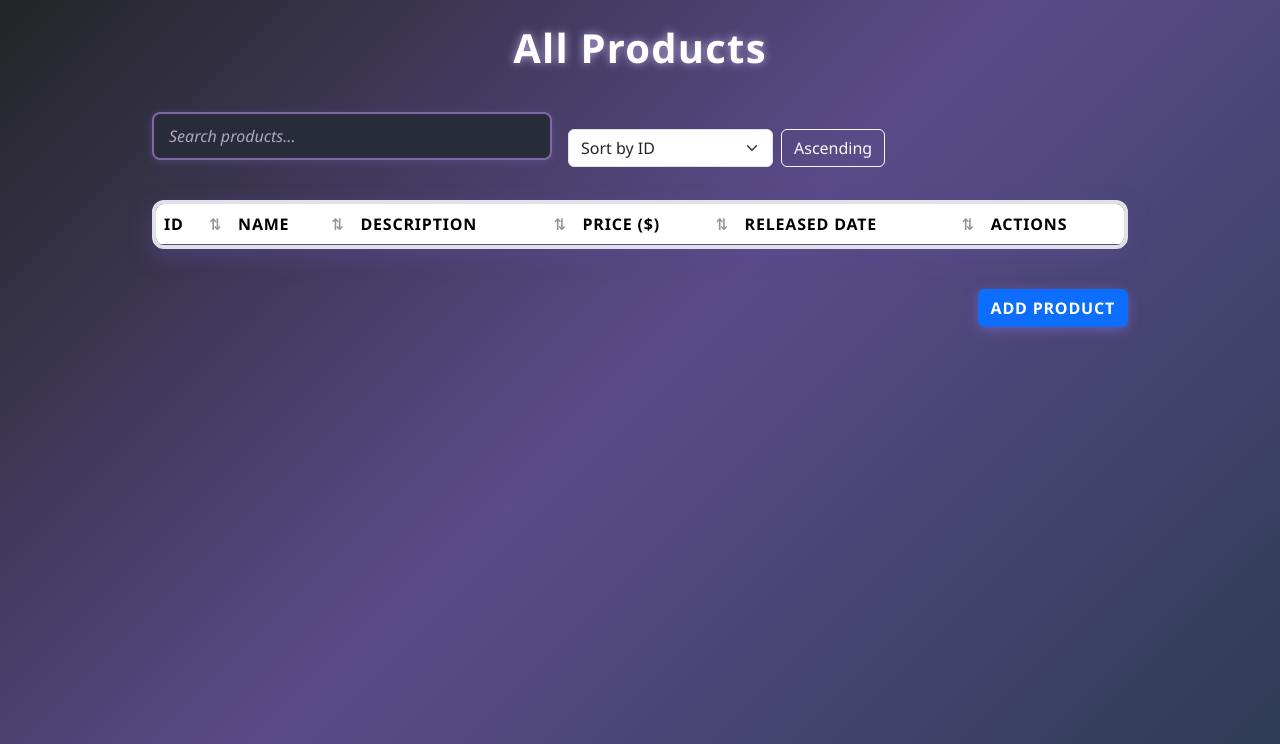
Repository: shyamoracle/training_case_study
Page: pmsagain/pmsitis/src/main/resources/webapp/index.html
These files come from the project's save history. The page is drawn as it stood at one moment and after the next save; the edit follows.
The browser window is 1280 px wide. The pictures show the whole page.
The page's requests for data from a server got no answer.

Above is the page before, as saved 2025-09-19 04:48:04.
Console error: SyntaxError: Identifier 'currentSort' has already been declared

### pmsagain/pmsitis/src/main/resources/webapp/index.html
<!DOCTYPE html>
<html lang="en">
<head>
  <meta charset="UTF-8" />
  <title>Product List</title>
  <link href="https://cdn.jsdelivr.net/npm/bootstrap@5.3.2/dist/css/bootstrap.min.css" rel="stylesheet" />
  <style>
    /* Body & typography */
    body {
      background: linear-gradient(135deg, #232526, #5b4b8a, #2e3c54);
      color: #e0e0e0;
      font-family: 'Segoe UI', Tahoma, Geneva, Verdana, sans-serif;
      min-height: 100vh;
      padding-bottom: 2rem;
    }

    /* Header */
    h1 {
      text-align: center;
      margin-bottom: 2.5rem;
      color: rgb(255, 255, 255)!important;
      font-weight: 700;
      letter-spacing: 1.2px;
      text-shadow: 0 0 10px rgba(216, 202, 255, 0.7);
    }

    /* Container tweaks */
    .container {
      max-width: 1000px;
    }
    #searchInput {
  width: 100%;
  max-width: 400px;
  padding: 10px 15px;
  margin-bottom: 1.5rem;
  border: 2px solid #7e68a6;  /* lavender border */
  border-radius: 8px;
  background-color: #282c3a;  /* matching table background */
  color: #e0e0e0;
  font-size: 1rem;
  box-shadow: 0 2px 8px rgba(125, 105, 200, 0.3);
  transition: border-color 0.3s ease, box-shadow 0.3s ease;
}

#searchInput::placeholder {
  color: #b0a6c0;
  font-style: italic;
}

#searchInput:focus {
  outline: none;
  border-color: #a593d1;  /* lighter lavender on focus */
  box-shadow: 0 0 8px 2px rgba(165, 147, 209, 0.7);
  background-color: #2e3150;
}


    /* Table styling */
    table {
      border-collapse: separate !important;
      border-spacing: 0;
      border-radius: 12px;
      overflow: hidden;
      border: 4px solid white;  /* thick white border */
      background-color: #282c3a;
      box-shadow: 0 8px 20px rgba(89, 74, 146, 0.5);
      transition: box-shadow 0.3s ease;
      width: 100%;
    }

    table:hover {
      box-shadow: 0 12px 30px rgba(89, 74, 146, 0.8);
    }

    thead th {
      background-color: #7e68a6;
      color: #fff;
      font-weight: 600;
      border-bottom: 3px solid #5a4d7a;
      padding: 14px 50px;
      letter-spacing: 0.05em;
      text-transform: uppercase;
      user-select: none;
    }

    tbody tr:hover {
      background-color: #3b3f58;
      cursor: pointer;
      transition: background-color 0.3s ease;
    }

    tbody td {
      border-top: 1px solid #5a4d7a;
      padding: 14px 50px;
      color: #cfcfe3;
      vertical-align: middle;
    }

    tbody tr:last-child td:first-child {
      border-bottom-left-radius: 12px;
    }

    tbody tr:last-child td:last-child {
      border-bottom-right-radius: 12px;
    }

    /* Action buttons in table */
    .btn-sm {
      padding: 0.25rem 0.5rem;
      font-size: 0.875rem;
    }

    /* Add Product button */
    .btn-add {
      margin-top: 1.5rem;
      margin-bottom: 1rem;
      float: right;
      box-shadow: 0 3px 12px rgba(125, 105, 200, 0.6);
      font-weight: 600;
      letter-spacing: 0.05em;
      text-transform: uppercase;
      transition: background-color 0.3s ease, box-shadow 0.3s ease;
    }

    .btn-add:hover {
      background-color: #6a54a2;
      box-shadow: 0 5px 15px rgba(125, 105, 200, 0.9);
    }
    th.sortable::after {
  content: ' ⇅';
  opacity: 0.4;
  float: right;
}

th.sortable.sorted-asc::after {
  content: ' ↑';
  opacity: 0.9;
}

th.sortable.sorted-desc::after {
  content: ' ↓';
  opacity: 0.9;
}


    /* Responsive adjustments */
    @media (max-width: 768px) {
      thead th, tbody td {
        padding: 10px 12px;
      }
      .btn-add {
        float: none;
        display: block;
        width: 100%;
        text-align: center;
      }
    }
  </style>
</head>
<body>
  <div class="container mt-4">
    <h1>All Products</h1>

   <div class="d-flex flex-wrap align-items-center gap-3 mb-3">
  <input
    type="text"
    id="searchInput"
    placeholder="Search products..."
    aria-label="Search products"
    class="flex-grow-1"
  />

  <div class="d-flex gap-2">
    <select id="sortSelect" class="form-select">
      <option value="productId">Sort by ID</option>
      <option value="productName">Sort by Name</option>
      <option value="productDescription">Sort by Description</option>
      <option value="productPrice">Sort by Price</option>
      <option value="productReleasedOn">Sort by Release Date</option>
    </select>

    <button id="toggleOrderBtn" class="btn btn-outline-light">Ascending</button>
  </div>
</div>


    <table class="table">
      <thead>
        <tr>
         <thead>
  <tr>
    <th data-column="productId" class="sortable">ID</th>
    <th data-column="productName" class="sortable">Name</th>
    <th data-column="productDescription" class="sortable">Description</th>
    <th data-column="productPrice" class="sortable">Price ($)</th>
    <th data-column="productReleasedOn" class="sortable">Released Date</th>
    <th>Actions</th>
  </tr>
</thead>

        </tr>
      </thead>
      <tbody id="productTableBody"></tbody>
    </table>

    <a href="add-product.html" class="btn btn-primary btn-add">Add Product</a>

  </div>

  <script src="js/api.js"></script>
  <script src="js/main.js"></script>
  <script src="js/search.js"></script>
  <script src="js/sort.js"></script>
</body>
</html>

### pmsagain/pmsitis/src/main/resources/webapp/js/api.js
const API_BASE = "http://localhost:8080/pmsapp/webapi/products";

async function getAllProducts() {
  const res = await fetch(`${API_BASE}/all`);
  return await res.json();
}

async function deleteProduct(id) {
  await fetch(`${API_BASE}/delete/${id}`, { method: "DELETE" });
}

async function addProduct(product) {
  return await fetch(`${API_BASE}/add`, {
    method: "POST",
    headers: { "Content-Type": "application/json" },
    body: JSON.stringify(product),
  });
}

async function getProduct(id) {
  const res = await fetch(`${API_BASE}/view?id=${id}`);
  return await res.json();
}

async function updateProduct(id, product) {
  return await fetch(`${API_BASE}/edit/${id}`, {
    method: "PUT",
    headers: { "Content-Type": "application/json" },
    body: JSON.stringify(product),
  });
}

### pmsagain/pmsitis/src/main/resources/webapp/js/main.js
let currentSort = { column: 'productId', ascending: true };
let productsCache = [];

document.addEventListener("DOMContentLoaded", async () => {
  productsCache = await getAllProducts();

  renderTable(productsCache);
  initSearch();   // already in search.js
  initSortUI();   // handles sort dropdown + order toggle
});

function renderTable(products) {
  const tableBody = document.getElementById("productTableBody");
  tableBody.innerHTML = "";

  products.forEach(product => {
    const row = document.createElement("tr");
    row.innerHTML = `
      <td>${product.productId}</td>
      <td>${product.productName}</td>
      <td>${product.productDescription}</td>
      <td>${product.productPrice}</td>
      <td>${product.productReleasedOn}</td>
      <td>
        <a href="edit-product.html?id=${product.productId}" class="btn btn-sm btn-primary">Edit</a>
        <button class="btn btn-sm btn-danger" onclick="deleteAndReload(${product.productId})">Delete</button>
      </td>`;
    tableBody.appendChild(row);
  });
}

async function deleteAndReload(id) {
  if (confirm("Are you sure you want to delete this product?")) {
    await deleteProduct(id);
    window.location.reload();
  }
}

function initSortUI() {
  const sortSelect = document.getElementById("sortSelect");
  const toggleOrderBtn = document.getElementById("toggleOrderBtn");

  // Event: Change column
  sortSelect.addEventListener("change", () => {
    currentSort.column = sortSelect.value;
    applySortAndRender();
  });

  // Event: Toggle ascending/descending
  toggleOrderBtn.addEventListener("click", () => {
    currentSort.ascending = !currentSort.ascending;
    toggleOrderBtn.textContent = currentSort.ascending ? "Ascending" : "Descending";
    applySortAndRender();
  });
}

function applySortAndRender() {
  const sorted = [...productsCache].sort((a, b) => {
    let valA = a[currentSort.column];
    let valB = b[currentSort.column];

    if (!isNaN(valA) && !isNaN(valB)) {
      valA = parseFloat(valA);
      valB = parseFloat(valB);
    } else if (isValidDate(valA) && isValidDate(valB)) {
      valA = new Date(valA);
      valB = new Date(valB);
    } else {
      valA = valA.toString().toLowerCase();
      valB = valB.toString().toLowerCase();
    }

    if (valA < valB) return currentSort.ascending ? -1 : 1;
    if (valA > valB) return currentSort.ascending ? 1 : -1;
    return 0;
  });

  renderTable(sorted);
}

function isValidDate(val) {
  return !isNaN(Date.parse(val));
}

### pmsagain/pmsitis/src/main/resources/webapp/js/search.js
// search.js
document.addEventListener('DOMContentLoaded', () => {
  const searchInput = document.getElementById('searchInput');
  const tableBody = document.getElementById('productTableBody');

  if (!searchInput || !tableBody) return; // safety check

  searchInput.addEventListener('input', () => {
    const filter = searchInput.value.toLowerCase();
    const rows = tableBody.getElementsByTagName('tr');

    for (let row of rows) {
      let text = '';
      for (let cell of row.cells) {
        text += cell.textContent.toLowerCase() + ' ';
      }
      row.style.display = text.includes(filter) ? '' : 'none';
    }
  });
});
/**
 *
 */

### pmsagain/pmsitis/src/main/resources/webapp/js/sort.js
let currentSort = { column: null, ascending: true };
let productsCache = [];

/**
 * Initializes sortable columns for the table.
 */
function initSort(products, renderCallback) {
  productsCache = products;
  renderCallback(products); // initial render

  document.querySelectorAll("th.sortable").forEach(th => {
    th.style.cursor = "pointer";

    th.addEventListener("click", () => {
      const column = th.dataset.column;

      if (currentSort.column === column) {
        currentSort.ascending = !currentSort.ascending;
      } else {
        currentSort.column = column;
        currentSort.ascending = true;
      }

      // Update sort indicator classes
      document.querySelectorAll("th.sortable").forEach(header => {
        header.classList.remove("sorted-asc", "sorted-desc");
      });
      th.classList.add(currentSort.ascending ? "sorted-asc" : "sorted-desc");

      const sorted = [...productsCache].sort((a, b) => {
        let valA = a[column];
        let valB = b[column];

        // Normalize values
        if (!isNaN(valA) && !isNaN(valB)) {
          valA = parseFloat(valA);
          valB = parseFloat(valB);
        } else if (isValidDate(valA) && isValidDate(valB)) {
          valA = new Date(valA);
          valB = new Date(valB);
        } else {
          valA = valA.toString().toLowerCase();
          valB = valB.toString().toLowerCase();
        }

        if (valA < valB) return currentSort.ascending ? -1 : 1;
        if (valA > valB) return currentSort.ascending ? 1 : -1;
        return 0;
      });

      renderCallback(sorted);
    });
  });
}

function isValidDate(val) {
  return !isNaN(Date.parse(val));
}

After the next save:
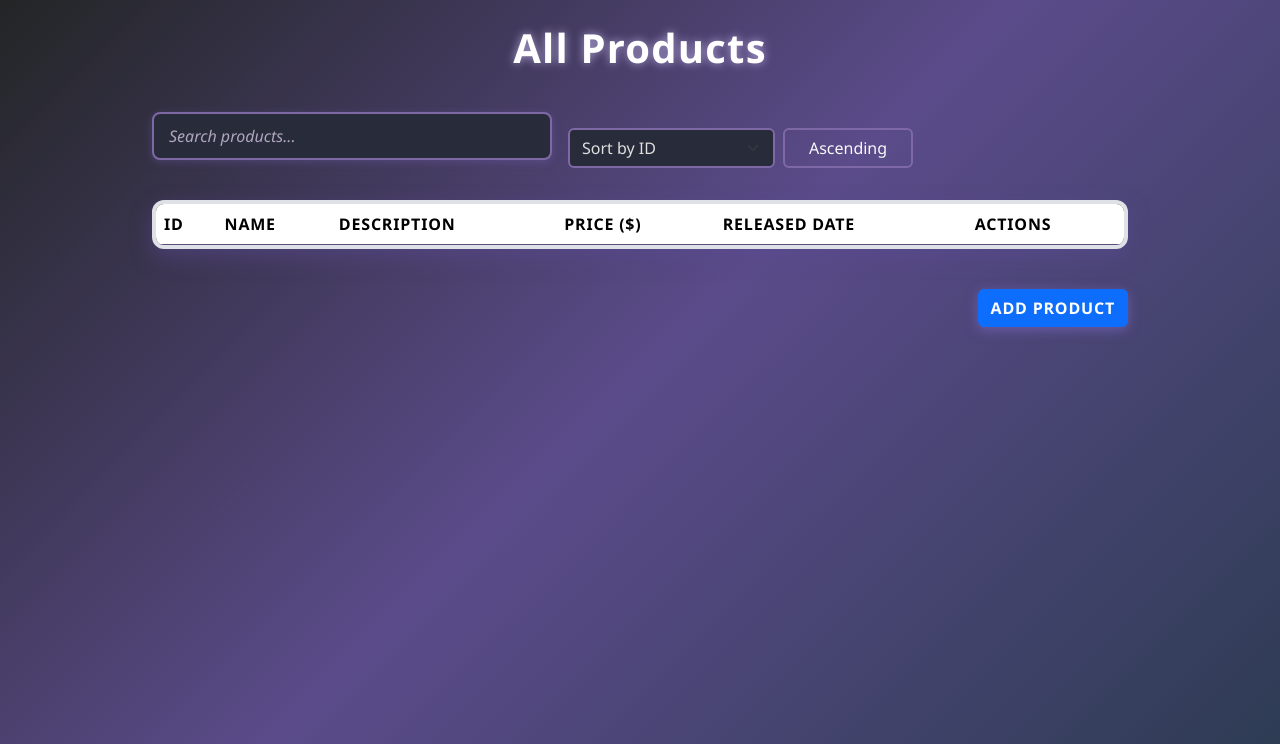
Saved 65 s later.
--- a/pmsagain/pmsitis/src/main/resources/webapp/index.html
+++ b/pmsagain/pmsitis/src/main/resources/webapp/index.html
@@ -126,21 +126,18 @@
       background-color: #6a54a2;
       box-shadow: 0 5px 15px rgba(125, 105, 200, 0.9);
     }
-    th.sortable::after {
-  content: ' ⇅';
-  opacity: 0.4;
-  float: right;
-}
-
-th.sortable.sorted-asc::after {
-  content: ' ↑';
-  opacity: 0.9;
-}
-
-th.sortable.sorted-desc::after {
-  content: ' ↓';
-  opacity: 0.9;
-}
+#sortSelect {
+  min-width: 160px;
+  background-color: #282c3a;
+  color: #e0e0e0;
+  border: 2px solid #7e68a6;
+}
+
+#toggleOrderBtn {
+  min-width: 130px;
+  border: 2px solid #7e68a6;
+}
+
 
 
     /* Responsive adjustments */
